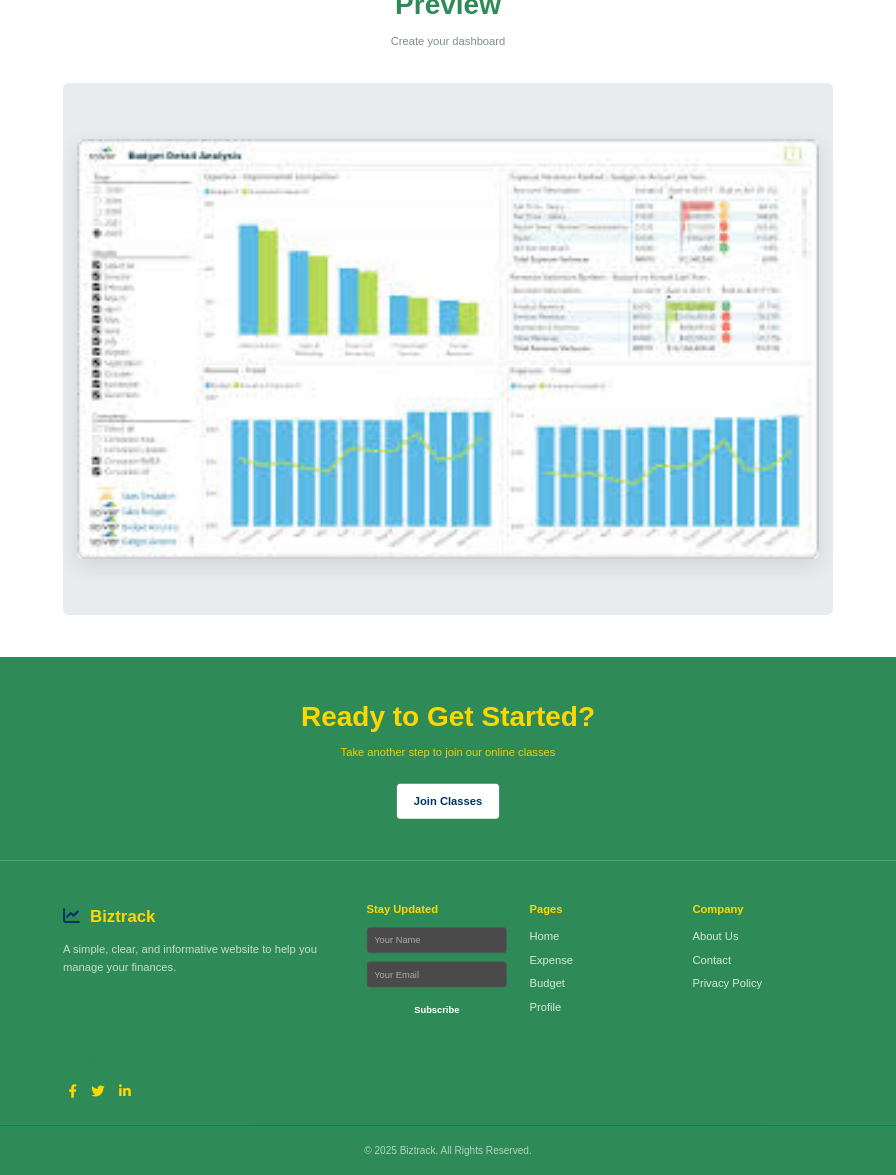
Repository: JoyUdoh106/wdd131
Page: project/index.html
The author's editor kept a copy of each file at every save. The page is drawn from the files as they stood at one save, then again after the next save.
The browser window is 1280 px wide. The pictures show the part of the page from y = 1172 to 3092 px (the page is 2851 px tall before and 3092 px after), at 70% of full size.

Above is the page before, as saved 2025-08-10 20:36:23.

### project/index.html
<!DOCTYPE html>
<html lang="en">
<head>
    <meta charset="UTF-8">
    <meta name="viewport" content="width=device-width, initial-scale=1.0">
    <title>BIZTRACK - Track Expense and Budget - HOME PAGE</title>
    <meta name="description" content="An informational website on tracking expenses and making budgets - Home page">
    <meta name="author" content="Joy Paulinus Udoh">

    <link rel="stylesheet" href="styles/project.css">
    <script src="scripts/project.js" defer></script>
    <link rel="stylesheet" href="styles/project-large.css">
    <link rel="stylesheet" href="https://cdnjs.cloudflare.com/ajax/libs/font-awesome/6.4.0/css/all.min.css">

    <link rel="preconnect" href="https://fonts.googleapis.com">
    <link rel="preconnect" href="https://fonts.gstatic.com" crossorigin>
    <link href="https://fonts.googleapis.com/css2?family=Merriweather:wght@300;400&family=Roboto:ital,wght@0,100..900;1,100..900&display=swap" rel="stylesheet">
</head>
<body>
    <header>
        <div class="container header-container">
            <a href="index.html" class="logo"><i class="fas fa-chart-line"></i> Biztrack</a>
            <nav class="main-nav">
                <ul class="nav-links">
                    <li><a href="index.html" class="nav-link active">Home</a></li>
                    <li><a href="expense.html" class="nav-link">Expense</a></li>
                    <li><a href="budget.html" class="nav-link">Budget</a></li>
                    <li><a href="profile.html" class="nav-link">Profile</a></li>
                </ul>
            </nav>
            <a href="#" class="btn btn-primary get-started-btn">Get Started</a>
            <button class="nav-toggle" id="nav-toggle-btn">
                <i class="fas fa-bars"></i>
            </button>
        </div>
    </header>

    <div class="mobile-nav" id="mobile-nav-menu">
        <a href="index.html" class="nav-link active">Home</a>
        <a href="expense.html" class="nav-link">Expense</a>
        <a href="budget.html" class="nav-link">Budget</a>
        <a href="profile.html" class="nav-link">Profile</a>
    </div>

    <main>
        <section class="hero-section">
            <div class="container">
                <h1>Track Your Business Expenses Effortlessly</h1>
                <p>Let's give you a basic education to help you manage money right, and spend well.</p>
                <a href="#" class="btn btn-primary">Join Classes</a>
            </div>
        </section>

        <section class="features-section">
            <div class="container">
                <h2>Key Features</h2>
                <p>Below are the key festures of our website. Feel free to go through them all.</p>
                <div class="features-grid">
                    <div class="feature-card reveal">
                        <i class="fas fa-file-invoice-dollar icon"></i>
                        <h3>Expense Tracking</h3>
                        <p>Learn how to track your expenses, and how you spend money daily, weekly and monthly.</p>
                    </div>
                    <div class="feature-card reveal">
                        <i class="fas fa-wallet icon"></i>
                        <h3>Budget Management</h3>
                        <p>Learn how to set up a budget, types of budget, and common mistakes to avoid while making a budget</p>
                    </div>
                    <div class="feature-card reveal">
                        <i class="fas fa-chart-pie icon"></i>
                        <h3>Analytics Dashboard</h3>
                        <p>Check out the profile page.</p>
                    </div>
                    <div class="feature-card reveal">
                        <i class="fas fa-file-alt icon"></i>
                        <h3>Report Generation</h3>
                        <p>Watch your progress.</p>
                    </div>
                </div>
            </div>
        </section>

        <section class="preview-section">
            <div class="container">
                <h2>Preview</h2>
                <p>Create your dashboard</p>
                <div class="dashboard-preview reveal">
                    <img src="images/dashboard-preview - Copy.jpeg" alt="Biztrack Dashboard Preview" style="width:100%; height:auto; border-radius: 8px; box-shadow: 0 10px 30px rgba(0,0,0,0.1);">
                </div>
            </div>
        </section>

        <section class="cta-section">
            <div class="container">
                <h2>Ready to Get Started?</h2>
                <p>Take another step to join our online classes</p>
                <a href="#" class="btn btn-light">Join Classes</a>
            </div>
        </section>
    </main>
     <footer>
        <div class="container footer-container">
            <div class="footer-about">
                <a href="index.html" class="logo"><i class="fas fa-chart-line"></i> Biztrack</a>
                <p>A simple, clear, and informative website to help you manage your finances.</p>
            </div>

            <div class="footer-form">
                <h4>Stay Updated</h4>
                <form id="contact-form" class="contact-form">
                    <label for="name-input" class="sr-only">Your Name</label>
                    <input type="text" id="name-input" placeholder="Your Name" required>
                    <label for="email-input" class="sr-only">Your Email</label>
                    <input type="email" id="email-input" placeholder="Your Email" required>
                    <button type="submit" class="btn btn-primary">Subscribe</button>
                </form>
                <p id="welcome-message" class="welcome-message"></p>
            </div>

            <div class="footer-links">
                <h4>Pages</h4>
                <ul>
                    <li><a href="index.html">Home</a></li>
                    <li><a href="expense.html">Expense</a></li>
                    <li><a href="budget.html">Budget</a></li>
                    <li><a href="profile.html">Profile</a></li>
                </ul>
            </div>
            <div class="footer-links">
                <h4>Company</h4>
                <ul>
                    <li><a href="#">About Us</a></li>
                    <li><a href="#">Contact</a></li>
                    <li><a href="#">Privacy Policy</a></li>
                </ul>
            </div>
            <div class="footer-social">
                <h4>Follow Us</h4>
                <div class="social-icons">
                    <a href="https://facebook.com/joypaulinusudoh"><i class="fab fa-facebook-f"></i></a>
                    <a href="https://twitter.com"><i class="fab fa-twitter"></i></a>
                    <a href="https://linkedin.com/in/joypaulinusudoh"><i class="fab fa-linkedin-in"></i></a>
                </div>
            </div>
        </div>
        <div class="footer-bottom">
            <p>&copy; 2025 Biztrack. All Rights Reserved.</p>
        </div>
    </footer>

    <nav class="mobile-bottom-nav">
        <a href="index.html" class="bottom-nav-link active">
            <i class="fas fa-home"></i>
            <span>Home</span>
        </a>
        <a href="expense.html" class="bottom-nav-link">
            <i class="fas fa-file-invoice-dollar"></i>
            <span>Expense</span>
        </a>
        <a href="budget.html" class="bottom-nav-link">
            <i class="fas fa-wallet"></i>
            <span>Budget</span>
        </a>
        <a href="profile.html" class="bottom-nav-link">
            <i class="fas fa-user"></i>
            <span>Profile</span>
        </a>
    </nav>

</body>
</html>

### project/styles/project.css
:root {
    --primary-color: #003366;
    --dark-color: #2e8b57;
    --light-color: #ffd700;
    --text-color: #333333;
    --bg-color: #f5f5f5;
    --grey-color: #7f8c8d;
    --border-color: #ecf0f1;
}

* {
    margin: 0;
    padding: 0;
    box-sizing: border-box;
}

body {
    font-family: 'Poppins', sans-serif;
    color: var(--text-color);
    background-color: #ffffff;
    line-height: 1.6;
}

.container {
    width: 90%;
    max-width: 1100px;
    margin: 0 auto;
}

a {
    text-decoration: none;
    color: var(--primary-color);
}

ul {
    list-style-type: none;
}

h1, h2, h3, h4 {
    color: var(--dark-color);
    line-height: 1.2;
    margin-bottom: 1rem;
}

h1 { font-size: 2.5rem; }
h2 { font-size: 2rem; }

section {
    padding: 60px 0;
}

.btn {
    display: inline-block;
    padding: 12px 24px;
    border-radius: 5px;
    font-weight: 600;
    transition: background-color 0.3s ease, color 0.3s ease;
    border: none;
    cursor: pointer;
}

.btn-primary {
    background-color: var(--dark-color);
    color: #ffffff;
}

.btn-primary:hover {
    background-color: #004488;
}

.btn-light {
    background-color: #ffffff;
    color: var(--primary-color);
}
.btn-light:hover {
    background-color: var(--border-color);
}

header {
    background-color: var(--light-color);
    border-bottom: 1px solid var(--border-color);
    padding: 1rem 0;
    position: sticky;
    top: 0;
    z-index: 1000;
}

.header-container {
    display: flex;
    justify-content: space-between;
    align-items: center;
}

.logo {
    font-size: 1.5rem;
    font-weight: 700;
    color: var(--dark-color);
}
.logo i {
    margin-right: 8px;
    color: var(--primary-color);
}

.main-nav { display: none; }
.nav-toggle {
    background: none;
    border: none;
    font-size: 1.5rem;
    color: var(--dark-color);
    cursor: pointer;
}
.get-started-btn { display: none; }

.mobile-nav {
    display: none;
    flex-direction: column;
    background-color: var(--light-color);
    position: fixed;
    top: 65px;
    left: 0;
    width: 100%;
    padding: 1rem 0;
    border-bottom: 1px solid var(--border-color);
    z-index: 999;
}
.mobile-nav.open {
    display: flex;
}
.mobile-nav a {
    padding: 1rem 5%;
    color: var(--dark-color);
    font-weight: 500;
}
.mobile-nav a.active {
    color: var(--primary-color);
    font-weight: 700;
}

.hero-section {
    background-color: var(--light-color);
    text-align: center;
    padding: 80px 0;
}
.hero-section h1 {
    font-size: 2.2rem;
}
.hero-section p {
    max-width: 600px;
    margin: 1rem auto 2rem;
    font-size: 1.1rem;
    color: var(--grey-color);
}

.features-section {
    background-color: var(--bg-color);
    text-align: center;
}
.features-section > .container > p {
    max-width: 600px;
    margin: 0 auto 3rem;
    color: var(--grey-color);
}
.features-grid {
    display: grid;
    grid-template-columns: 1fr;
    gap: 2rem;
}
.feature-card {
    background-color: var(--light-color);
    padding: 2rem;
    border: 1px solid var(--border-color);
    border-radius: 8px;
    text-align: left;
    transition: transform 0.3s ease, box-shadow 0.3s ease;
}
.feature-card:hover {
    transform: translateY(-5px);
    box-shadow: 0 10px 20px rgba(0,0,0,0.05);
}
.feature-card .icon {
    font-size: 2rem;
    color: var(--primary-color);
    background-color: #fffbeb;
    padding: 1rem;
    border-radius: 50%;
    margin-bottom: 1rem;
    display: inline-block;
}
.feature-card h3 {
    margin-bottom: 0.5rem;
}

.preview-section {
    text-align: center;
}
.preview-section p {
     max-width: 600px;
    margin: 0 auto 3rem;
    color: var(--grey-color);
}
.dashboard-preview {
    background-color: #e9ecef;
    border-radius: 8px;
    padding: 80px 20px;
    display: flex;
    flex-direction: column;
    justify-content: center;
    align-items: center;
    color: var(--grey-color);
}
.dashboard-preview i {
    font-size: 3rem;
    margin-bottom: 1rem;
}

.cta-section {
    background-color: var(--dark-color);
    color: var(--light-color);
    text-align: center;
}
.cta-section h2 { color: var(--light-color); }
.cta-section p {
    margin-bottom: 2rem;
    opacity: 0.9;
}

footer {
    background-color: var(--dark-color);
    color: var(--bg-color);
    padding-top: 60px;
}
.footer-container {
    display: grid;
    grid-template-columns: 1fr;
    gap: 2rem;
    text-align: center;
}
.footer-about .logo {
    color: var(--light-color);
}
.footer-about p {
    margin-top: 1rem;
    color: var(--border-color);
    opacity: 0.8;
}
.footer-links h4 {
    color: var(--light-color);
    margin-bottom: 1rem;
}
.footer-links ul li {
    margin-bottom: 0.5rem;
}
.footer-links a {
    color: #ffffff;
    opacity: 0.8;
    transition: opacity 0.3s ease;
}
.footer-links a:hover {
    opacity: 1;
}
.social-icons a {
    color: var(--light-color);
    font-size: 1.2rem;
    margin: 0 0.5rem;
    transition: color 0.3s ease;
}
.social-icons a:hover {
    color: var(--primary-color);
}

.footer-bottom {
    text-align: center;
    padding: 1.5rem 0;
    margin-top: 2rem;
    border-top: 1px solid #4a4a4a;
    font-size: 0.9rem;
    color: var(--border-color);
    opacity: 0.7;
}

.mobile-bottom-nav {
    position: fixed;
    bottom: 0;
    left: 0;
    width: 100%;
    background-color: var(--light-color);
    border-top: 1px solid var(--border-color);
    display: flex;
    justify-content: space-around;
    padding: 0.5rem 0;
    z-index: 1000;
}
.bottom-nav-link {
    display: flex;
    flex-direction: column;
    align-items: center;
    color: var(--grey-color);
    font-size: 0.75rem;
}
.bottom-nav-link i {
    font-size: 1.2rem;
    margin-bottom: 4px;
}
.bottom-nav-link.active {
    color: var(--primary-color);
}

body {
    padding-bottom: 70px;
}

.content-page {
    padding: 60px 0;
}
.content-page h1 {
    text-align: center;
}
.content-page .subtitle {
    text-align: center;
    font-size: 1.1rem;
    color: var(--grey-color);
    margin-bottom: 3rem;
}
.content-article {
    margin-bottom: 2.5rem;
    background: #fff;
    padding: 2rem;
    border: 1px solid var(--border-color);
    border-radius: 8px;
}
.content-article ul {
    list-style-type: disc;
    padding-left: 20px;
}
.content-article ul li {
    margin-bottom: 0.5rem;
}
.sample-data {
    background-color: var(--bg-color);
    border-left: 4px solid var(--primary-color);
    padding: 1rem;
    margin-top: 1rem;
    border-radius: 4px;
}

.reveal {
    opacity: 0;
    transform: translateY(20px);
    transition: opacity 0.6s ease-out, transform 0.6s ease-out;
}
.reveal.visible {
    opacity: 1;
    transform: translateY(0);
}

.footer-form {
    grid-column: 1 / -1;
    text-align: left;
}
.footer-form h4 {
    color: var(--light-color);
    margin-bottom: 1rem;
}
.contact-form {
    display: flex;
    flex-direction: column;
    gap: 0.75rem;
}
.contact-form input {
    padding: 10px;
    border: 1px solid #555;
    border-radius: 5px;
    background-color: #4a4a4a;
    color: var(--light-color);
    font-family: 'Poppins', sans-serif;
}
.contact-form input::placeholder {
    color: #aaa;
}
.contact-form button {
    width: 100%;
    padding: 12px;
}
.welcome-message {
    margin-top: 1rem;
    color: var(--light-color);
    font-weight: 500;
    font-style: italic;
}
.sr-only {
    position: absolute;
    width: 1px;
    height: 1px;
    padding: 0;
    margin: -1px;
    overflow: hidden;
    clip: rect(0,0,0,0);
    border: 0;
}

@media (min-width: 992px) {
    .footer-container {
        grid-template-columns: 1.5fr 1.5fr 1fr 1fr;
    }
    .footer-about { grid-column: auto; }
    .footer-form { grid-column: 2 / 3; }
    .footer-links:first-of-type { grid-column: 3 / 4; }
    .footer-links:last-of-type { grid-column: 4 / 5; }
}

### project/scripts/project.js
document.addEventListener('DOMContentLoaded', function() {

    const navToggleBtn = document.getElementById('nav-toggle-btn');
    const mobileNavMenu = document.getElementById('mobile-nav-menu');

    if (navToggleBtn && mobileNavMenu) {
        navToggleBtn.addEventListener('click', () => {
            mobileNavMenu.classList.toggle('open');
            const icon = navToggleBtn.querySelector('i');
            if (mobileNavMenu.classList.contains('open')) {
                icon.classList.remove('fa-bars');
                icon.classList.add('fa-times');
            } else {
                icon.classList.remove('fa-times');
                icon.classList.add('fa-bars');
            }
        });
    }

    const currentPath = window.location.pathname.split("/").pop();
    const navLinks = document.querySelectorAll('.nav-link');
    const bottomNavLinks = document.querySelectorAll('.bottom-nav-link');

    const targetFile = currentPath === '' ? 'index.html' : currentPath;

    navLinks.forEach(link => {
        if (link.getAttribute('href') === targetFile) {
            link.classList.add('active');
        } else {
            link.classList.remove('active');
        }
    });

    bottomNavLinks.forEach(link => {
        if (link.getAttribute('href') === targetFile) {
            link.classList.add('active');
        } else {
            link.classList.remove('active');
        }
    });

    const revealElements = document.querySelectorAll('.reveal');

    const revealObserver = new IntersectionObserver((entries, observer) => {
        entries.forEach(entry => {
            if (entry.isIntersecting) {
                entry.target.classList.add('visible');
                observer.unobserve(entry.target);
            }
        });
    }, {
        threshold: 0.1
    });

    revealElements.forEach(element => {
        revealObserver.observe(element);
    });

});

### project/styles/project-large.css
@media (min-width: 768px) {
    h1 { font-size: 3rem; }
    h2 { font-size: 2.5rem; }

    .nav-toggle, .mobile-nav, .mobile-bottom-nav {
        display: none;
    }
    body { padding-bottom: 0; }

    .main-nav {
        display: block;
    }
    .nav-links {
        display: flex;
        gap: 2rem;
        align-items: center;
    }
    .nav-link {
        color: var(--text-color);
        font-weight: 500;
        position: relative;
    }
    .nav-link::after {
        content: '';
        position: absolute;
        width: 0;
        height: 2px;
        bottom: -5px;
        left: 0;
        background-color: var(--primary-color);
        transition: width 0.3s;
    }
    .nav-link:hover::after, .nav-link.active::after {
        width: 100%;
    }
    .get-started-btn { display: inline-block; }
    .hero-section h1 { font-size: 3.5rem; }

    .features-grid {
        grid-template-columns: repeat(2, 1fr);
    }

    .footer-container {
        grid-template-columns: 2fr 1fr 1fr 1fr;
        text-align: left;
    }
}

@media (min-width: 992px) {
    .features-grid {
        grid-template-columns: repeat(4, 1fr);
    }
}

After the next save:
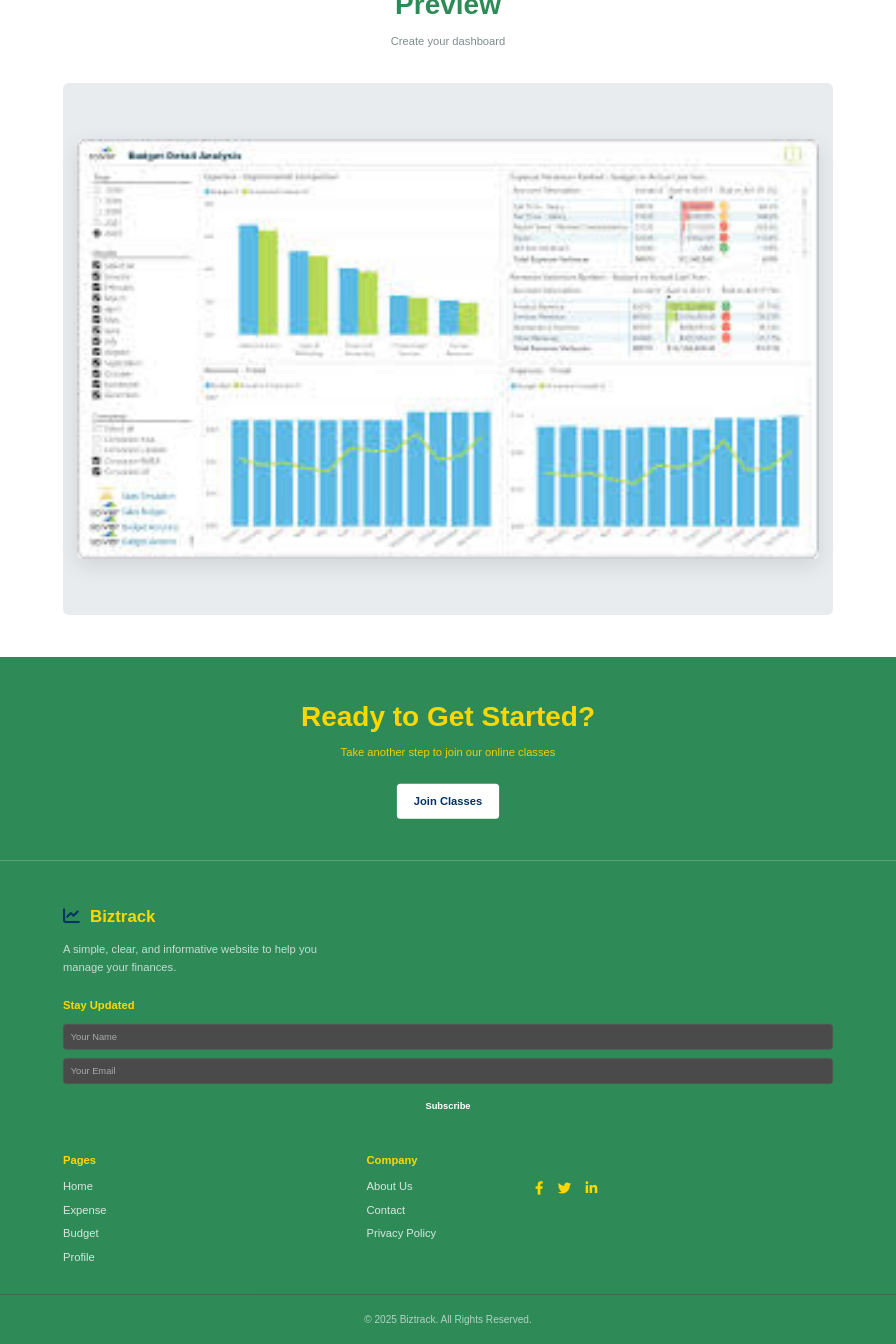
Saved 5 s later.
--- a/project/styles/project.css
+++ b/project/styles/project.css
@@ -397,13 +397,3 @@ body {
     clip: rect(0,0,0,0);
     border: 0;
 }
-
-@media (min-width: 992px) {
-    .footer-container {
-        grid-template-columns: 1.5fr 1.5fr 1fr 1fr;
-    }
-    .footer-about { grid-column: auto; }
-    .footer-form { grid-column: 2 / 3; }
-    .footer-links:first-of-type { grid-column: 3 / 4; }
-    .footer-links:last-of-type { grid-column: 4 / 5; }
-}
